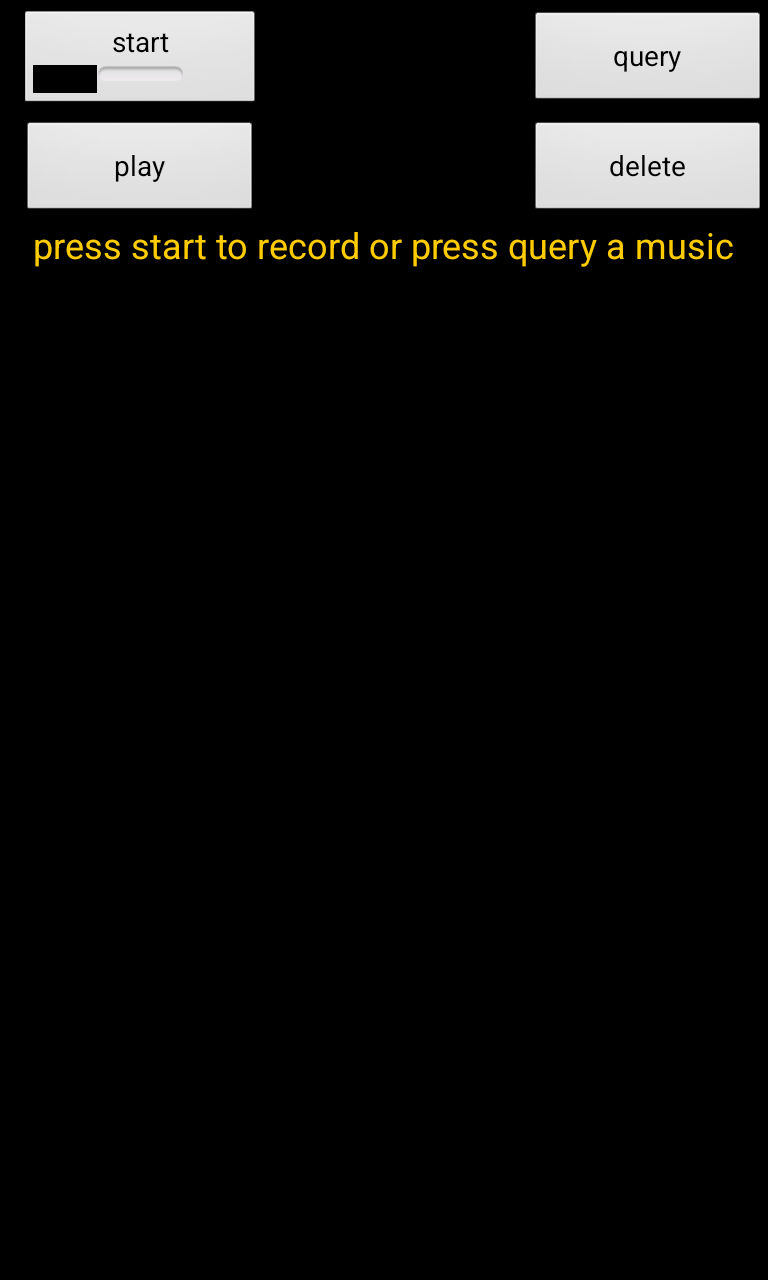
Repository: FreyrChen/tucan_Linux_practice
Layout: 4_Android_program/MusicIdentify/res/layout/activity_main.xml
These files come from the project's save history. The layout is drawn as it stood at one moment and after a run of saves; the edit follows.
It is drawn on a 768 x 1280 px phone screen (xhdpi) without system bars, with theme AppTheme; the app's code is not run. Lists and similar views that code fills are empty.

Above is the layout before, as saved 2013-05-31 06:38:22.

### 4_Android_program/MusicIdentify/res/layout/activity_main.xml
<RelativeLayout xmlns:android="http://schemas.android.com/apk/res/android"
    xmlns:tools="http://schemas.android.com/tools"
    android:layout_width="match_parent"
    android:layout_height="match_parent"
    android:background="#000000"
    tools:context=".MainActivity" >


     <ToggleButton
		android:id="@+id/start_button"
		android:textOn="@string/stop"
		android:textOff="@string/start"
	 	android:layout_width="120dp"
	 	android:layout_height="50dp"
	    android:layout_alignParentLeft="true"
	    android:layout_marginTop="5dp"
	    android:layout_marginLeft="10dp"
 	/>

    <Button
	 	android:id="@+id/query_button"
	 	android:layout_width="120dp"
	 	android:layout_height="50dp"
	 	android:text="@string/query"
	    android:layout_marginTop="5dp"
	    android:layout_marginLeft="10dp"
	    android:layout_alignParentRight="true"
 	/>

    <Button
	 	android:id="@+id/play_button"
		android:text="@string/play"
	 	android:layout_width="120dp"
	 	android:layout_height="50dp"
	    android:layout_alignParentLeft="true"
	    android:layout_marginTop="5dp"
	    android:layout_marginLeft="10dp"
	    android:layout_below="@+id/start_button"
 	/>


    <Button
	 	android:id="@+id/delete_button"
	 	android:layout_width="120dp"
	 	android:layout_height="50dp"
	 	android:text="@string/delete"
	    android:layout_marginTop="5dp"
	    android:layout_marginLeft="10dp"
	    android:layout_alignParentRight="true"
	    android:layout_below="@+id/query_button"
 	/>

    <TextView
        android:id="@+id/info_text"
        android:layout_width="wrap_content"
        android:layout_height="wrap_content"
        android:layout_centerHorizontal="true"
        android:textSize="18sp"
        android:text="@string/init_text"
        android:background="#00FF0000"
	    android:textColor="#FFCC00"
	    android:layout_below="@+id/delete_button"
    />

	<ListView
        android:id="@+id/music_List"
        android:layout_width="wrap_content"
        android:layout_height="wrap_content"
        android:layout_centerHorizontal="true"
        android:background="#00FF0000"
	    android:textColor="#FF0000"
	    android:layout_below="@+id/info_text"
    />




</RelativeLayout>

### 4_Android_program/MusicIdentify/res/values/strings.xml
<?xml version="1.0" encoding="utf-8"?>
<resources>

    <string name="app_name">MusicIdentify</string>
    <string name="init_text">press start to record or press query a music</string>
    <string name="menu_settings">Settings</string>
    <string name="start">start</string>
    <string name="stop">stop</string>
    <string name="play">play</string>
    <string name="query">query</string>
    <string name="delete">delete</string>


</resources>

Loaded but not shown: 4_Android_program/MusicIdentify/res/values/styles.xml (common file)

After the next 5 saves:
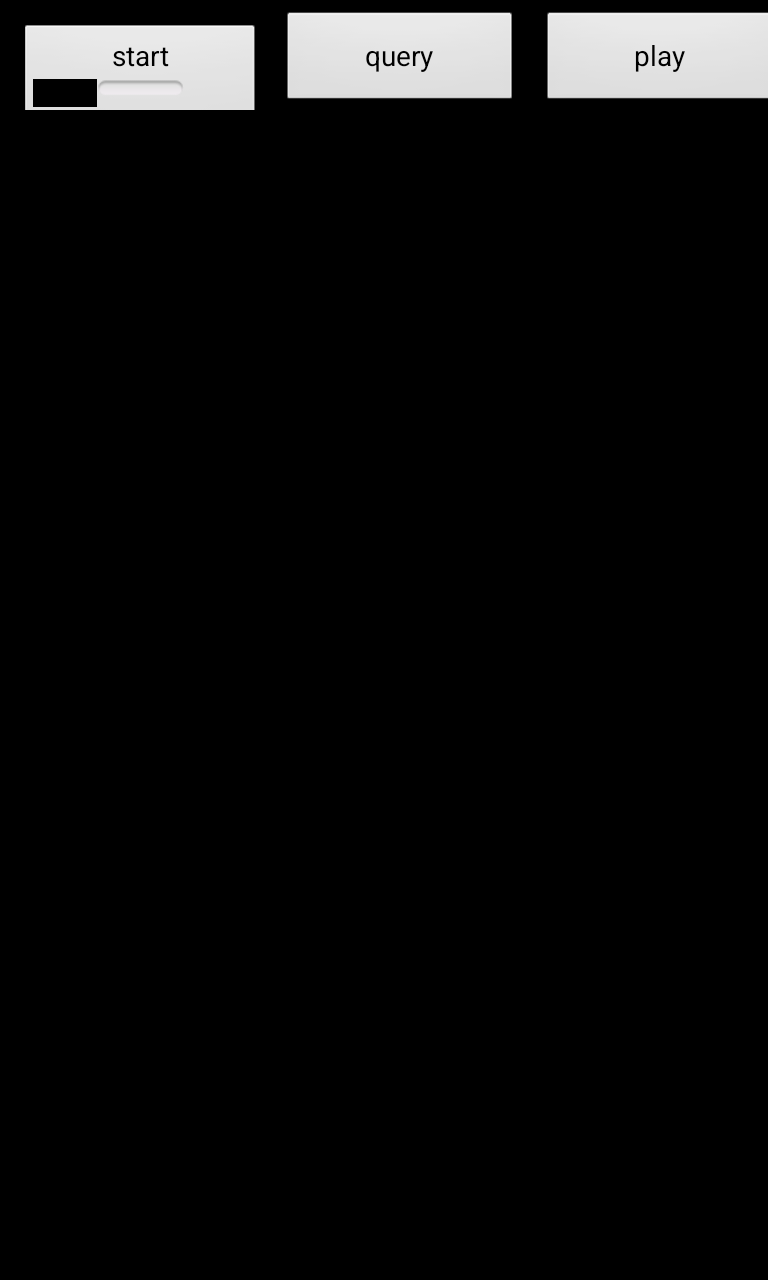
The 5 saves are shown as one change because 4 did not build or start.
The last was saved 10 min 22 s later.
--- a/4_Android_program/MusicIdentify/res/layout/activity_main.xml
+++ b/4_Android_program/MusicIdentify/res/layout/activity_main.xml
@@ -1,18 +1,20 @@
-<RelativeLayout xmlns:android="http://schemas.android.com/apk/res/android"
+<LinearLayout xmlns:android="http://schemas.android.com/apk/res/android"
     xmlns:tools="http://schemas.android.com/tools"
     android:layout_width="match_parent"
     android:layout_height="match_parent"
     android:background="#000000"
     tools:context=".MainActivity" >
 
-
+ <LinearLayout
+  android:id="@+id/LinearLayout01"
+  android:layout_width="wrap_content"
+  android:layout_height="wrap_content">
      <ToggleButton
 		android:id="@+id/start_button"
 		android:textOn="@string/stop"
 		android:textOff="@string/start"
 	 	android:layout_width="120dp"
 	 	android:layout_height="50dp"
-	    android:layout_alignParentLeft="true"
 	    android:layout_marginTop="5dp"
 	    android:layout_marginLeft="10dp"
  	/>
@@ -24,7 +26,6 @@
 	 	android:text="@string/query"
 	    android:layout_marginTop="5dp"
 	    android:layout_marginLeft="10dp"
-	    android:layout_alignParentRight="true"
  	/>
 
     <Button
@@ -32,12 +33,9 @@
 		android:text="@string/play"
 	 	android:layout_width="120dp"
 	 	android:layout_height="50dp"
-	    android:layout_alignParentLeft="true"
 	    android:layout_marginTop="5dp"
 	    android:layout_marginLeft="10dp"
-	    android:layout_below="@+id/start_button"
  	/>
-
 
     <Button
 	 	android:id="@+id/delete_button"
@@ -46,33 +44,25 @@
 	 	android:text="@string/delete"
 	    android:layout_marginTop="5dp"
 	    android:layout_marginLeft="10dp"
-	    android:layout_alignParentRight="true"
-	    android:layout_below="@+id/query_button"
  	/>
+</LinearLayout>
 
     <TextView
         android:id="@+id/info_text"
         android:layout_width="wrap_content"
         android:layout_height="wrap_content"
-        android:layout_centerHorizontal="true"
         android:textSize="18sp"
         android:text="@string/init_text"
         android:background="#00FF0000"
 	    android:textColor="#FFCC00"
-	    android:layout_below="@+id/delete_button"
     />
 
 	<ListView
         android:id="@+id/music_List"
         android:layout_width="wrap_content"
         android:layout_height="wrap_content"
-        android:layout_centerHorizontal="true"
         android:background="#00FF0000"
 	    android:textColor="#FF0000"
-	    android:layout_below="@+id/info_text"
     />
 
-
-
-
-</RelativeLayout>
+</LinearLayout>
